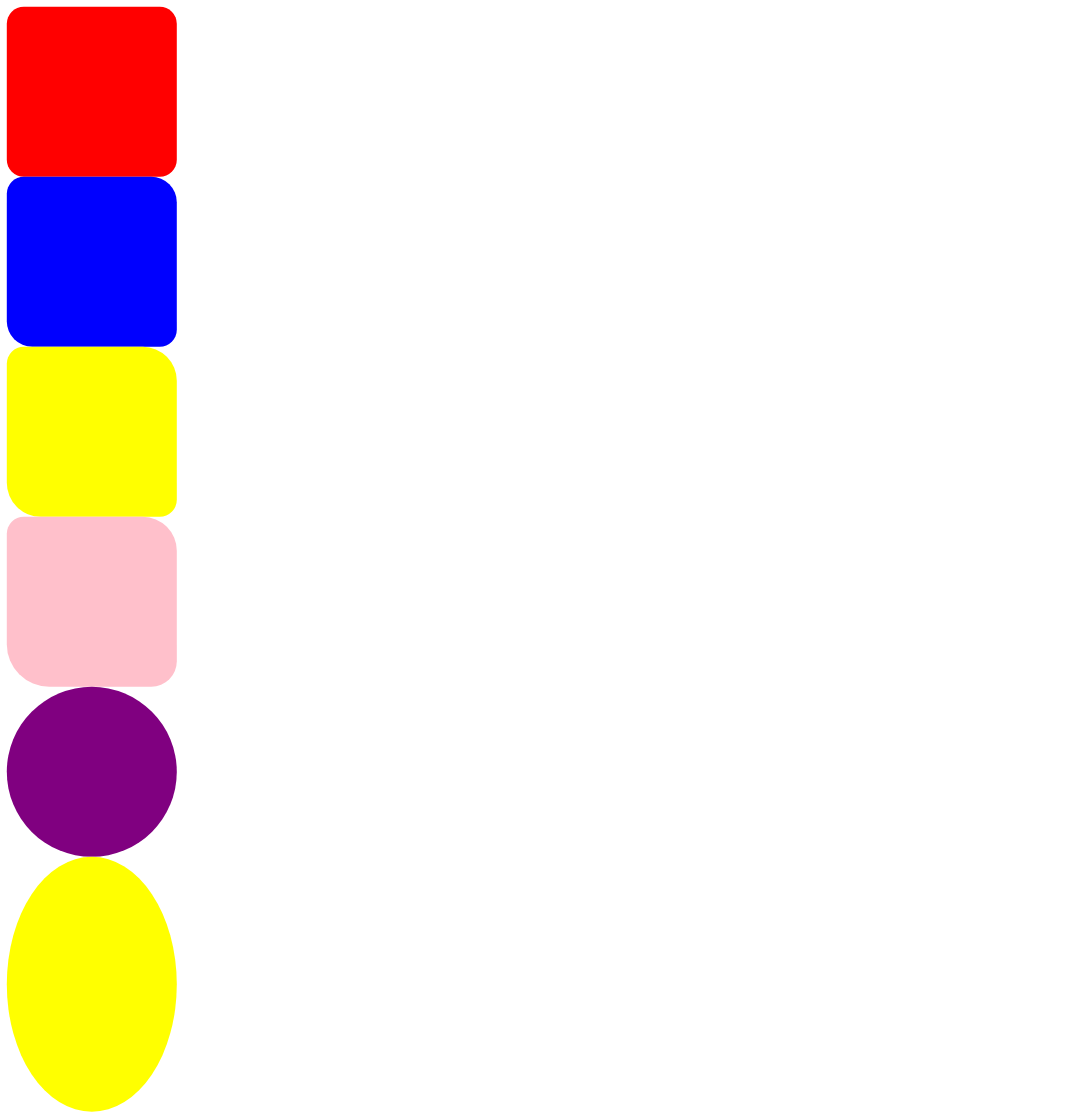
Repository: TheBestBadGuy0228/code
Page: 盒子圆角阴影文字阴影.html
These files come from the project's save history. The page is drawn as it stood at one moment and after the next save; the edit follows.
The browser window is 1280 px wide. The pictures show the whole page, at 85% of full size.

Above is the page before, as saved 2021-12-08 14:43:16.

After the next save:
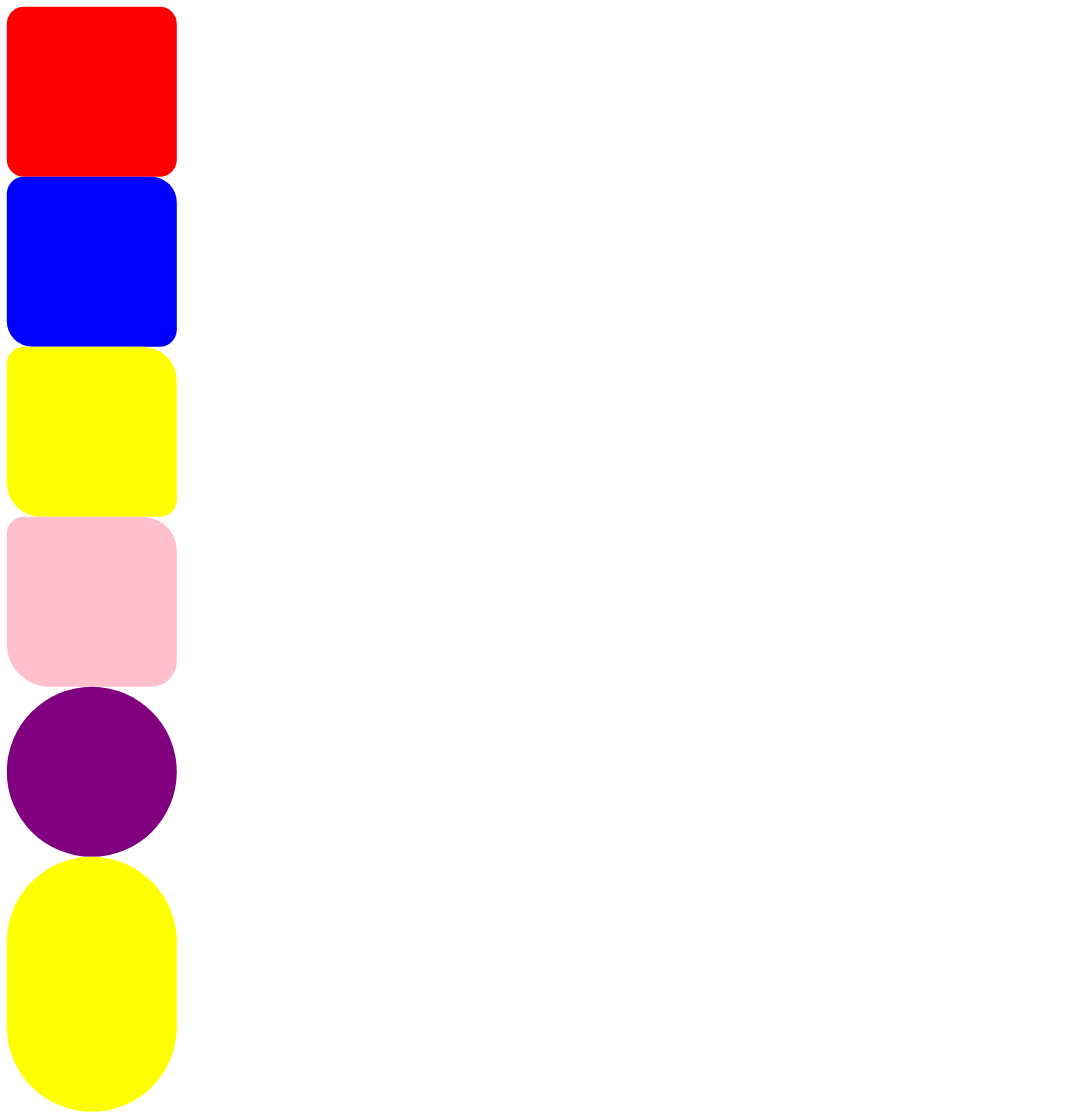
Saved 23 s later.
--- a/盒子圆角阴影文字阴影.html
+++ b/盒子圆角阴影文字阴影.html
@@ -52,7 +52,7 @@
         background-color: yellow;
         height: 300px;
         width: 200px;
-        border-radius: 50%;
+        border-radius: 100px;
     }
 </style>
 <body>

After the 2 saves that followed:
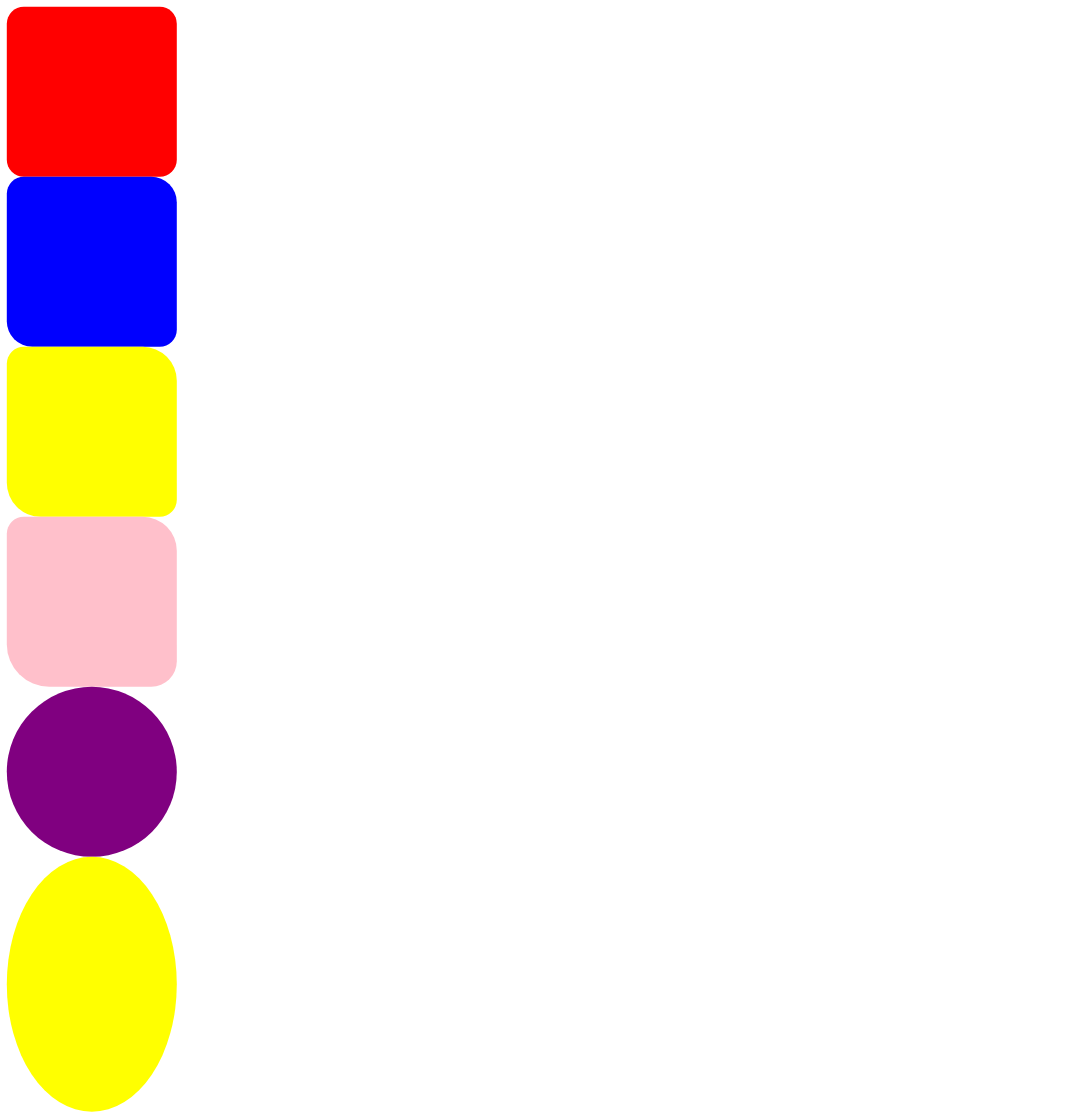
The 2 saves are shown as one change because 1 left the picture as it was.
The last was saved 39 s later.
--- a/盒子圆角阴影文字阴影.html
+++ b/盒子圆角阴影文字阴影.html
@@ -52,7 +52,7 @@
         background-color: yellow;
         height: 300px;
         width: 200px;
-        border-radius: 100px;
+        border-radius: 60%;
     }
 </style>
 <body>
